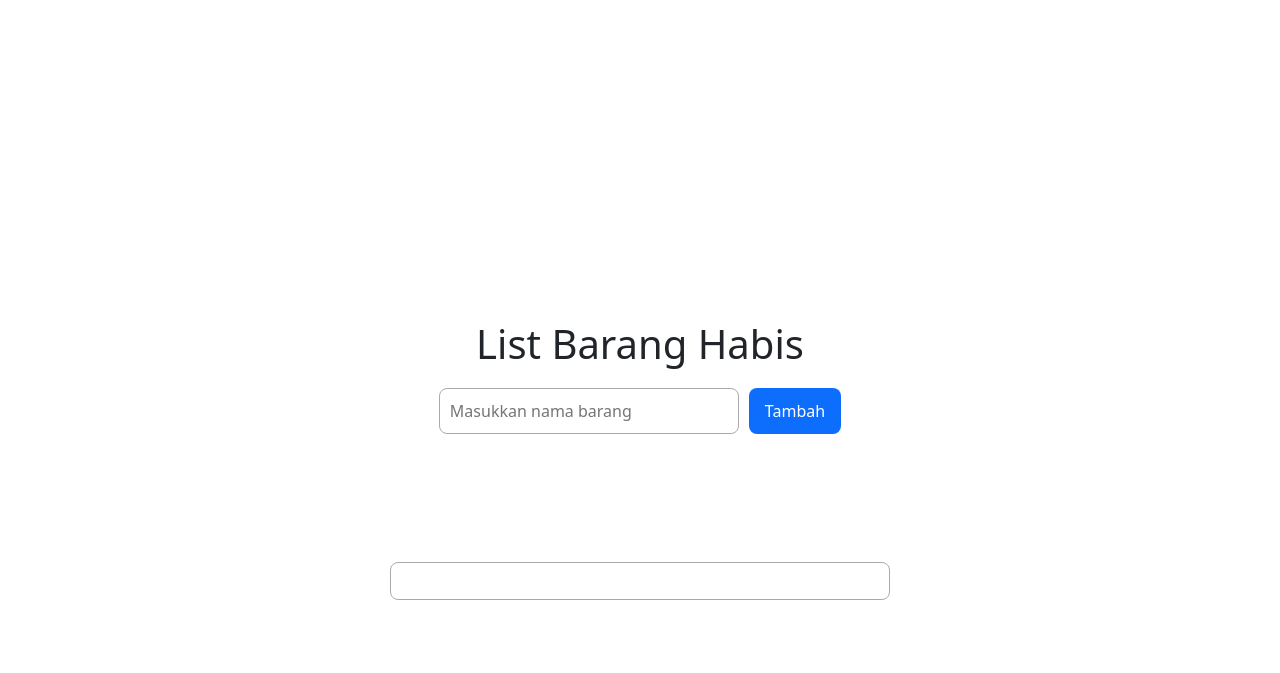
Repository: amorysdeo/dirumah
Page: index.html
The author's editor kept a copy of each file at every save. The page is drawn from the files as they stood at one save, then again after a run of saves.
The browser window is 1280 px wide. The pictures show the whole page.

Above is the page before, as saved 2025-11-27 12:04:43.

After the next 2 saves:
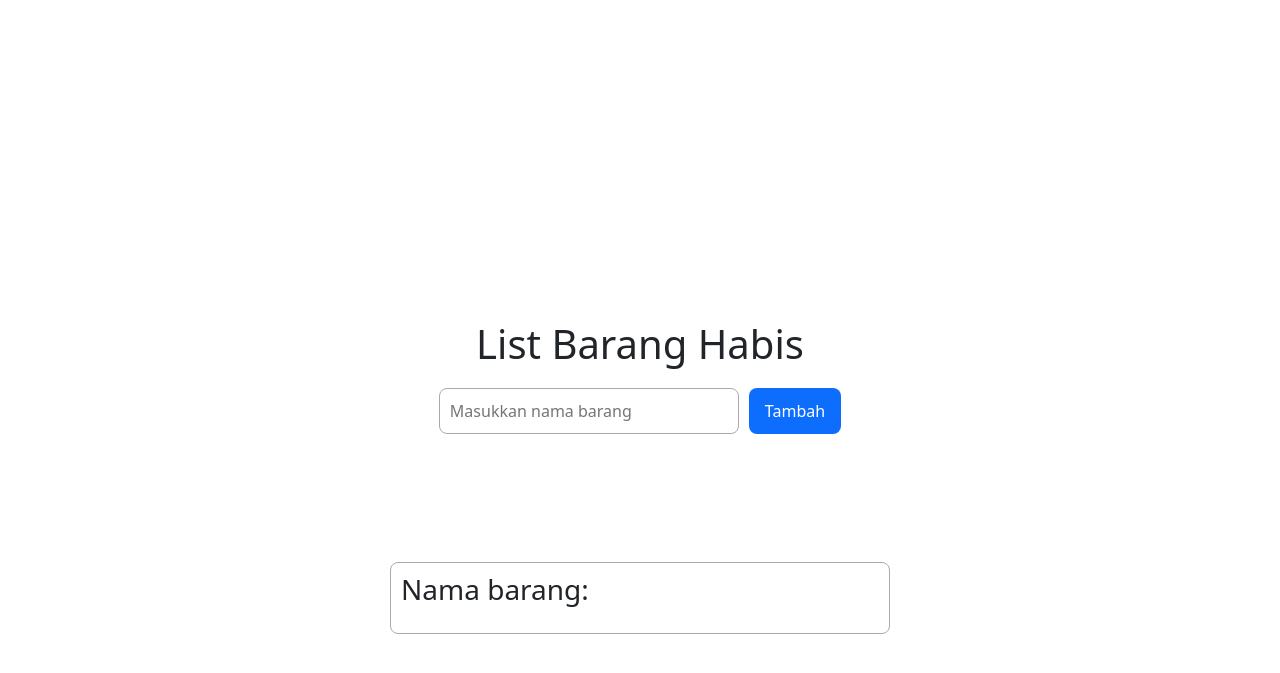
The 2 saves are shown as one change because they came seconds apart.
The last was saved 9 s later.
--- a/index.html
+++ b/index.html
@@ -19,7 +19,7 @@
         </div>
     </div>
     <div id="list-box">
-        <h3</h3>
+        <h3>Nama barang:</h3>
         <ul></ul>
     </div>
 
